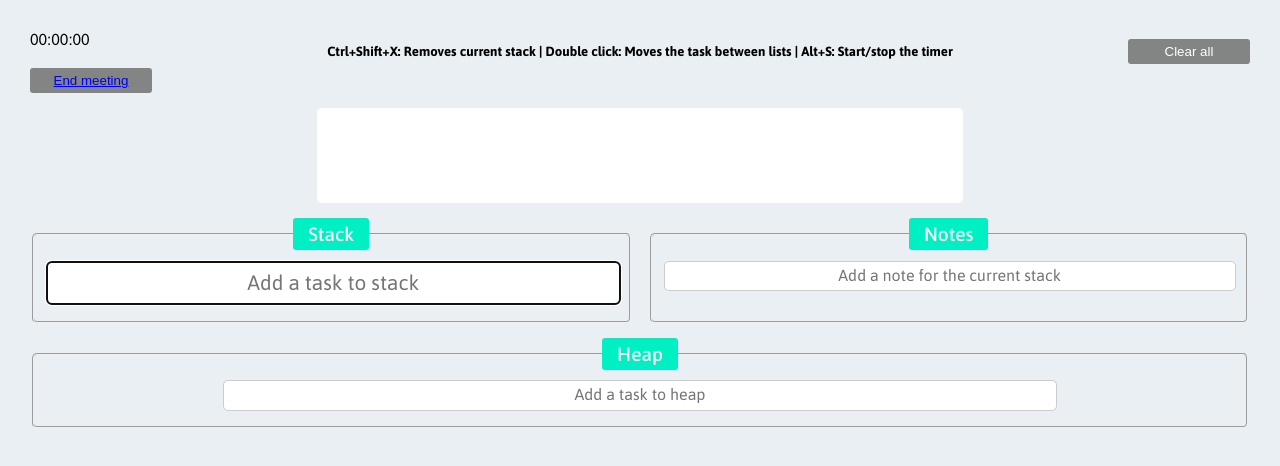
Repository: litalsh/Meeting-Managment-App
Page: /
The author's editor kept a copy of each file at every save. The page is drawn from the files as they stood at one save, then again after the next save.
The browser window is 1280 px wide. The pictures show the whole page.
The project was rebuilt for these pictures with package versions that can differ from the ones it lists, and the page was loaded fresh each time. Also part of the build but not shown: src/components/Notes/Note.js, src/components/Template/Template.js, src/components/Task/Task.css, src/components/Task/Task.js.

Above is the page before, as saved 2021-01-17 13:06:59.

### src/App.js
import './App.css';
import React from 'react';
import Stack from './components/Stack/Stack';
import MeetingContextProvider from './Context/store';
import Heap from './components/Heap/Heap';
import Notes from './components/Notes/Notes';
import CurrentTask from './components/CurrentTask/CurrentTask';
import Header from './components/Header/Header';
import { Route, BrowserRouter } from 'react-router-dom';
import Template from './components/Template/Template';


function App() {

  return (
    <BrowserRouter>
    <div className="App">
      <MeetingContextProvider>
        <Route exact path='/' component={Header} />
        <Route exact path='/' component={CurrentTask} />
        <Route exact path='/' component={Stack} />
        <Route exact path='/' component={Notes} />
        <Route exact path='/' component={Heap} />
        {/* <Header />
        <CurrentTask />
        <Stack />
        <Notes />
        <Heap /> */}
        <Route path='/template' component={Template} />
      </MeetingContextProvider>
    </div>
    </BrowserRouter>
  );
}

export default App;

### src/App.css
@import url('https://fonts.googleapis.com/css2?family=Asap:wght@400;500;600;700&display=swap');


body{
  font-family: 'Asap', sans-serif;
  background-color:  #eaeff4;
 }

 ::placeholder {
  font-family: 'Asap', sans-serif;

 }

.App {
  display: grid;
  grid-template-columns: repeat(6, 1fr);
  grid-gap: 15px;
  margin: 10px 30px;
}

ul {
  list-style-type: none;
  margin: 0;
  padding: 0;
}

legend {
  margin: 0 auto;
  font-size: 1.2rem;
  font-weight: 500;
  background-color: #00f0c4;
  padding: 5px 15px;
  color: #fff;
  border-radius: 3px;
 }

 fieldset {
   border-radius: 5px;
 }

### src/components/Stack/Stack.js
import React, { useContext } from 'react';
import Task from '../Task/Task';
import { meetingContext } from '../../Context/store';
import './Stack.css';

const Stack = () => {

  const { stack, newStackHandler, taskRemoveHandler, changeListHandler } = useContext(meetingContext);

  return (

      <fieldset className="stack-container">
        {console.log('stack: ', stack)}
        <legend>Stack</legend>
        <ul className="stack-list">
          {stack !== undefined ? stack.map((task, id) => (
            <Task key={id}
            time={task.time}
            title={task.topic}
            type={task.type}
            remove={() => taskRemoveHandler(task.id, task.type)}
            changeList={() => changeListHandler(task.id, task.type)} />
          )) : null}
        </ul>
        <input type="text" placeholder="Add a task to stack" onKeyDown={newStackHandler} className='stack-input' autoFocus aria-flowto='heap-input' />
      </fieldset>

  );
}

export default Stack;

### src/Context/store.js
import React, { useState, createContext, useEffect } from 'react';
import useLocalStorage from '../hooks/useLocalStorage';
import { v4 as uuidv4 } from "uuid";
import Template from '../components/Template/Template';


export const meetingContext = createContext();


const MeetingContextProvider = (props) => {

  const [stack, setStack] = useLocalStorage('stack', []);
  const [heap, setHeap] = useLocalStorage('heap', []);
  const [notes, setNotes] = useLocalStorage('notes', []);
  const [stackHistory, setStackHistory] = useLocalStorage('stackHistory', []);
  const [currentTaskTimer, setCurrentTaskTimer] = useState(stack[0] !== undefined ? Math.floor((new Date().getTime() - stack[stack.length - 1].time) / 1000) : 0);
  let startingTime = new Date().getTime();

  // Create a new stack task
  const newStackHandler = (event) => {
    if (event.which === 13 && event.target.value !== '') {
      setStack([
        ...stack,
        { id: uuidv4(), type: 'stack', topic: event.target.value, time: new Date().getTime() }
      ]);
      setStackHistory([
        ...stackHistory,
        { id: uuidv4(), type: 'stack', topic: event.target.value, time: new Date().getTime() }
      ])
      event.target.value = '';
      console.log(stack)
      setCurrentTaskTimer(Math.floor((new Date().getTime() - new Date().getTime()) / 1000));
    };
  };

  // Create a new heap task
  const newHeapHandler = (event) => {
    if (event.which === 13 && event.target.value !== '') {
      setHeap([
        ...heap,
        { id: uuidv4(), type: 'heap', topic: event.target.value, time: new Date().getTime() }
      ]);
      event.target.value = '';
    };
  };

  // Remove a task
  const taskRemoveHandler = (id, type) => {
    if (type === 'stack') {
      const taskIndex = stack.findIndex(task => {
        return task.id === id;
      });

      let tempList = [...stack];
      tempList.splice(taskIndex, 1);
      setStack(tempList);
      console.log(taskIndex)
      setCurrentTaskTimer(stack[taskIndex - 1] !== undefined ? Math.floor((new Date().getTime() - stack[taskIndex - 1].time) / 1000) : 0);
    };

    if (type === 'heap') {
      const taskIndex = heap.findIndex(task => {
        return task.id === id;
      });

      let tempList = [...heap];
      tempList.splice(taskIndex, 1);
      setHeap(tempList)
      console.log(taskIndex)
    };
    return console.log('taskRmoveHandler: ', stack);

  }

  const clock = (time) => {
    let minutes = Math.floor(time / 60);
    let seconds = Math.abs(time % 60);
    let hours = Math.floor(time / 3600);
    minutes = minutes.toString().length === 1 ? "0" + minutes : minutes;
    seconds = seconds.toString().length === 1 ? "0" + seconds : seconds;
    hours = hours.toString().length === 1 ? "0" + hours : hours;
    return ({ hours: hours, minutes: minutes, seconds: seconds })
  }

  const keyboardRemoveHandler = (e) => {
    if (e.ctrlKey && e.shiftKey && e.which === 88) {
      let stackLength = stack.length;
      let tempStack = [...stack];
      tempStack.splice(tempStack.length - 1, 1);
      setStack(tempStack);
      setCurrentTaskTimer(stack[stackLength - 2] !== undefined ? Math.floor((new Date().getTime() - stack[stackLength - 2].time) / 1000) : 0);
      console.log(currentTaskTimer)
    }
  }

  // remove from stack with the keyboard
  useEffect(() => {
    if (document) {
      document.addEventListener('keydown', keyboardRemoveHandler);
    }
    return () => {
      document.removeEventListener('keydown', keyboardRemoveHandler);
    }
  }, [stack]);

  const changeListHandler = (id, type) => {
    // move task from stack to heap
    if (type === 'stack') {
      const taskIndex = stack.findIndex(task => {
        return task.id === id;
      });
      setHeap([...heap, { id: stack[taskIndex].id, type: 'heap', topic: stack[taskIndex].topic, time: stack[taskIndex].time }]);

      let tempStack = [...stack];
      tempStack.splice(taskIndex, 1);
      setStack(tempStack);
      console.log('change to heap ', stack, '  ', heap)
    };
    // move task from heap to stack
    if (type === 'heap') {
      const taskIndex = heap.findIndex(task => {
        return task.id === id;
      });
      setStack([...stack, { id: heap[taskIndex].id, type: 'stack', topic: heap[taskIndex].topic, time: new Date().getTime }]);
      setStackHistory([...stackHistory, { id: heap[taskIndex].id, topic: heap[taskIndex].topic, time: new Date().getTime }]);

      let tempHeap = [...heap];
      tempHeap.splice(taskIndex, 1);
      setHeap(tempHeap);
      console.log('change to stack ', stack, '  ', heap)
    };


  }

  const clearAllHandler = () => {
    setStack([]);
    setHeap([]);
    setNotes([]);
    setStackHistory([]);
    startingTime = new Date().getTime();
  }

  const endMeetingHandler = () => {

  }

  const downloadSummaryHandler = () => {
    const element = document.createElement("a");
    const file = new Blob([<Template />], { type: "text/plain" });
    element.href = URL.createObjectURL(file);
    element.download = "meetingSummary.rtf";
    document.body.appendChild(element);
    element.click();
    clearAllHandler();
  }


  return (
    <meetingContext.Provider value={
      {
        stack,
        setStack,
        heap,
        notes,
        setNotes,
        stackHistory,
        startingTime,
        newStackHandler,
        newHeapHandler,
        taskRemoveHandler,
        changeListHandler,
        clock,
        currentTaskTimer,
        setCurrentTaskTimer,
        clearAllHandler,
        endMeetingHandler,
        downloadSummaryHandler
      }
    }>
      {props.children}
    </meetingContext.Provider>
  );
}

export default MeetingContextProvider;

### src/components/Heap/Heap.js
import React, { useContext } from 'react';
import Task from '../Task/Task';
import { meetingContext } from '../../Context/store';
import MeetingContextProvider from '../../Context/store';
import './Heap.css';

const Heap = () => {
  const { heap, newHeapHandler, taskRemoveHandler, changeListHandler } = useContext(meetingContext);


  return (
    <MeetingContextProvider>
      <fieldset className="heap-container">
        <legend>Heap</legend>
        <input type="text" placeholder="Add a task to heap" onKeyDown={newHeapHandler} className='heap-input' aria-flowto='notes-input' />
        <ul className="heap-list">
          {heap[0] !== undefined ? heap.map((task, id) => (
            <Task key={id}
            title={task.topic}
            type={task.type}
            remove={() => taskRemoveHandler(task.id, task.type)}
            changeList={() => changeListHandler(task.id, task.type)} />
          )) : null}
        </ul>
      </fieldset>
    </MeetingContextProvider>
  );
}

export default Heap;

### src/components/Notes/Notes.js
import React, { useContext, useState } from 'react';
import './Notes.css';
import { meetingContext } from '../../Context/store';
import Note from './Note';


const Notes = () => {
  const { stack, setStack, notes, setNotes } = useContext(meetingContext);

  const newNoteHandler = (event) => {
    if (event.which === 13 && event.target.value !== '') {
      let tempStack = [...stack];
      tempStack[tempStack.length - 1].notes ? tempStack[tempStack.length - 1].notes.push(event.target.value) : tempStack[tempStack.length - 1].notes = [event.target.value];
      setStack(tempStack);

      let tempNotes = [...notes];
      let noteIndex = tempNotes.findIndex(obj => {return obj.topic === stack[stack.length-1].topic});
      noteIndex === -1 ? tempNotes.push({topic: stack[stack.length-1].topic, notes: [event.target.value], id: stack[stack.length-1].id }) : tempNotes[noteIndex].notes.push(event.target.value);
      setNotes(tempNotes);
      event.target.value = '';
    };
  }

  return (
    <fieldset className='notes-container'>
      <legend>Notes</legend>
      <input type='text' placeholder="Add a note for the current stack" className='notes-input' onKeyDown={newNoteHandler} aria-flowto='stack-input' />
      <dl>
        {notes[0] !== undefined ? notes.map((task, id) => (
          task.notes !== undefined ?
          <Note
            key={id}
            title={task.topic}
            notes={task.notes}
          /> : null
        )) : null}
      </dl>
    </fieldset>
  );
}

export default Notes;

### src/components/CurrentTask/CurrentTask.js
import React, { useState, useEffect, useContext } from 'react';
import { meetingContext } from '../../Context/store';
import './CurrentTask.css';


const CurrentTask = () => {

  const { stack, clock, currentTaskTimer, setCurrentTaskTimer } = useContext(meetingContext);

  // Current task timer (every 30 secs)
  useEffect(() => {
    if (stack[0] !== undefined) {
      const id = window.setInterval(() => {
        setCurrentTaskTimer(Math.floor((new Date().getTime() - stack[stack.length - 1].time) / 1000));
      }, 30000);
      return () => window.clearInterval(id);
    }
  });

  // Start bars count (every 60 secs)
  let n = 0;
  const [bars, setBars] = useState([]);
  useEffect(() => {
    if (stack[0] !== undefined) {
      const id = window.setInterval(() => {
        n += 1;
        let tempBars = [...bars];
        tempBars.push({ id: n });
        setBars(tempBars);
        console.log(bars)
      }, 60000);
      return () => window.clearInterval(id);
    }
  }, [bars]);

  // Restart bars count on stack change
  useEffect(() => {
    n = 0;
    setBars([]);
  },[stack])

  let time = clock(currentTaskTimer);
  console.log('current ', currentTaskTimer);

  const taskExists = () => {
    return (
      <>
        {time.minutes}:{time.seconds}
      </>
    )
  };

  const TimeBar = () => {
    return (
      <div className='time-bars'></div>
    )
  };

  return (
    <div className='current-task-container'>
      <div className='current-timer'><h4>{stack[0] !== undefined ? (taskExists()) : null}</h4></div>
      <div className='current-title'><h1>{stack[0] !== undefined ? stack[stack.length - 1].topic : null}</h1></div>
      <div className='current-task-background'>
        {bars.map((bar, id) => (<TimeBar key={id} />))}
      </div>
    </div>
  );
}

export default CurrentTask;

### src/components/Header/Header.js
import React, { useContext } from 'react';
import GlobalTime from '../GlobalTime/GlobalTime';
import { meetingContext } from '../../Context/store';
import './Header.css';
import {Link} from 'react-router-dom';



const Header = () => {

  const { clearAllHandler, endMeetingHandler,downloadSummaryHandler } = useContext(meetingContext);


  return (
    <header className='header'>
      <div className='header-left'>
        <GlobalTime />
        <button className='end-meeting-btn' ><Link to='/template'>End meeting</Link></button>
      </div>
      <div className='header-center'>
        <h5 className="instructions">Ctrl+Shift+X: Removes current stack  |  Double click: Moves the task between lists  |  Alt+S: Start/stop the timer</h5>
      </div>
      <div className='header-right'>
        <button className='clear-btn' onClick={clearAllHandler}>Clear all</button>
      </div>
    </header>
  );
}

export default Header;

### src/components/Stack/Stack.css
.stack-container {
  grid-column: 1/4;
}

.stack-input {
  border: 2px solid #00f0c4;
  width: 100%;
  line-height: 40px;
  margin: 5px auto;
  position: relative;
  text-align: center;
  border-radius: 5px;
  font-size: 1.3rem;
  padding: 0;
}

.stack-list {
  display: flex;
  flex-direction: column-reverse;
  justify-content: center;
}

.stack-item {
  width: 100%;
}

### src/hooks/useLocalStorage.js
import { useState, useEffect } from "react";

const PREFIX = 'meeting-manament-';


const useLocalStorage = (key, initialValue) => {
  const prefixedKey = PREFIX + key
  const [value, setValue] = useState(() => {
    const jsonValue = localStorage.getItem(prefixedKey)
    if (jsonValue != null) return JSON.parse(jsonValue)
    if (typeof initialValue === 'function') {
      return initialValue()
    } else {
      return initialValue
    }
  })

  useEffect(() => {
    localStorage.setItem(prefixedKey, JSON.stringify(value))
  }, [prefixedKey, value])

  return [value, setValue]
}


export default useLocalStorage;

### src/components/Heap/Heap.css
.heap-container {
  grid-column: 1/7;
  display: flex;
  flex-direction: column;
}

.heap-list {
  display: grid;
  grid-template-columns: repeat(4,1fr);
  grid-gap: 5px 20px;
}

.heap-list>.task-item {
  width: 100%;
}

.heap-input {
  border: 1px solid #ccc;
  width: 70%;
  line-height: 1.8em;
  margin: 5px auto;
  position: relative;
  text-align: center;
  border-radius: 5px;
  font-size: 1rem;
  padding: 0;
}

### src/components/Notes/Notes.css
.notes-container {
  grid-column: 4/7;
}

.notes-input {
  border: 1px solid #ccc;
  width: 100%;
  line-height: 1.8em;
  margin: 5px auto;
  position: relative;
  text-align: center;
  border-radius: 5px;
  font-size: 1rem;
  padding: 0;
}

.notes-container dt {
  font-weight: 600;
}

.notes-container dl {
  font-size: 0.9em;
}

### src/components/CurrentTask/CurrentTask.css
.current-task-container {
  grid-column: 2/6;
  text-align: center;
  background-color: #fff;
  width: 80%;
  margin: 0 auto;
  border-radius: 5px;
  height: 95px;
  display: flex;
  flex-direction: column;
}

.current-title > h1 {
  margin: 0;
}

.current-timer {
  margin-top: 10px;
}

.current-timer > h4 {
  margin: 0;
}

.current-title {
  margin: 10px;
  position: relative;
  z-index: 3;
}

.current-task-background {
  display: flex;
  flex-flow: nowrap;
  width: 100%;
  height: 25%;
  position: relative;
  z-index: 0;

}

.time-bars {
  height: 100%;
  background-color: deeppink;
  margin: 0 3px;
  width: 10%;
  border-radius: 5px;
}

### src/components/GlobalTime/GlobalTime.js
import React, { useState, useEffect, useContext } from 'react';
import './GlobalTime.css';
import { meetingContext } from '../../Context/store';


const GlobalTime = () => {
  const { clock, startingTime } = useContext(meetingContext);

  const [globalTimer, setGlobalTimer] = useState(Math.floor((new Date().getTime() - startingTime) / 1000));
  let time = clock(globalTimer);

  useEffect(() => {
    const id = window.setInterval(() => {
      setGlobalTimer(Math.floor((new Date().getTime() - startingTime) / 1000));
    }, 60000);
    console.log(globalTimer)
    return () => window.clearInterval(id);

  }, [])

  return (
    <div className='global-timer'>{time.hours}:{time.minutes}:{time.seconds}</div>
  );
}

export default GlobalTime;

### src/components/Header/Header.css
.header {
  grid-column: 1/7;
  display: flex;
  justify-content: space-between;
  align-items: center;
}

.header-left {
  width: 25%;
}

.header-center {
  width: 75%;
}

.instructions {
  text-align: center;
  width: 100%;
}

.header-right {
  display: flex;
  justify-content: flex-end;
  width: 25%;


}

.clear-btn, .end-meeting-btn{
  width: 50%;
  border: none;
  background-color: #828584;
  padding: 5px 15px;
  color: #fff;
  border-radius: 3px;
}

### src/components/GlobalTime/GlobalTime.css
.global-timer {
  grid-column: 1/7;
  margin: 20px auto;
}

Loaded but not shown: public/index.html (common file); src/index.js (common file); src/index.css (common file); src/reportWebVitals.js (common file)

After the next save:
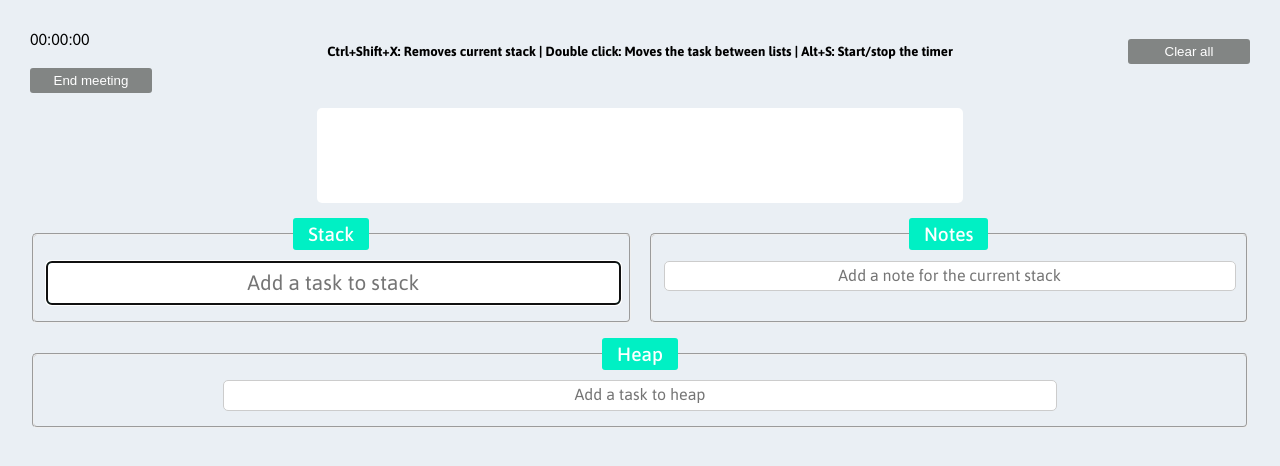
Saved 3 min 2 s later.
--- a/src/components/Header/Header.css
+++ b/src/components/Header/Header.css
@@ -1,3 +1,8 @@
+a {
+  text-decoration: none;
+  color: #fff;
+}
+
 .header {
   grid-column: 1/7;
   display: flex;
